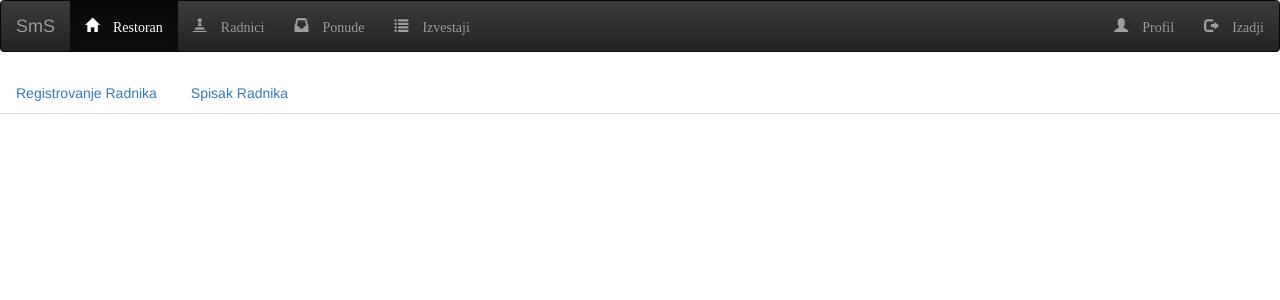
Repository: milanadam94/ISA-2016
Page: jpa-example/src/main/webapp/RestaurantManager/RestaurantManagerWorkers.html
The author's editor kept a copy of each file at every save. The page is drawn from the files as they stood at one save, then again after the next save.
The browser window is 1280 px wide. The pictures show the whole page.
Some web libraries are served in a nearby version.

Above is the page before, as saved 2017-03-01 08:40:47.

### jpa-example/src/main/webapp/RestaurantManager/RestaurantManagerWorkers.html
<!DOCTYPE html>
<html>
<head>
<meta charset="ISO-8859-1">
<title>Menadzer Restorana</title>

<!-- JQUERY -->
<script src="https://code.jquery.com/jquery-3.1.1.js" integrity="sha256-16cdPddA6VdVInumRGo6IbivbERE8p7CQR3HzTBuELA=" crossorigin="anonymous"></script>

<!-- BOOTSTRAP CSS -->
<link rel="stylesheet" href="https://maxcdn.bootstrapcdn.com/bootstrap/3.3.7/css/bootstrap.min.css" integrity="sha384-BVYiiSIFeK1dGmJRAkycuHAHRg32OmUcww7on3RYdg4Va+PmSTsz/K68vbdEjh4u" crossorigin="anonymous">

<!-- BOOTSTRAP THEME -->
<link rel="stylesheet" href="https://maxcdn.bootstrapcdn.com/bootstrap/3.3.7/css/bootstrap-theme.min.css" integrity="sha384-rHyoN1iRsVXV4nD0JutlnGaslCJuC7uwjduW9SVrLvRYooPp2bWYgmgJQIXwl/Sp" crossorigin="anonymous">

<!-- BOOTSTRAP JS -->
<script src="https://maxcdn.bootstrapcdn.com/bootstrap/3.3.7/js/bootstrap.min.js" integrity="sha384-Tc5IQib027qvyjSMfHjOMaLkfuWVxZxUPnCJA7l2mCWNIpG9mGCD8wGNIcPD7Txa" crossorigin="anonymous"></script>

<!-- ANGULAR JS -->
<script src="https://ajax.googleapis.com/ajax/libs/angularjs/1.6.1/angular.js"></script>

<script src="/JQuery-cookie-plugin/jquery.cookie.js"></script>

<!-- TOASTR -->
<!-- <script src="https://cdnjs.cloudflare.com/ajax/libs/toastr.js/latest/css/toastr.css"></script> -->

</head>
<body ng-app="restManager" ng-controller="restManagerWorkersController">

	<nav id="myNavbar" class="navbar navbar-inverse">
		<div class="container-fluid">
			<div class="navbar-header">
				<a class="navbar-brand">SmS</a>
			</div>
		<ul class="nav navbar-nav">
			<li class="active"><a href="RestaurantManager.html" ng-click="getRestaurant()"><span class="glyphicon glyphicon-home"> Restoran </span></a></li>
			<li><a href="RestaurantManagerWorkers.html"><span class="glyphicon glyphicon-pawn"> Radnici</span></a></li>
			<li><a href="RestaurantManagerOfferers.html"><span class="glyphicon glyphicon-inbox"> Ponude </span></a></li>
			<li><a href="RestourantManagerReport.html"><span class="glyphicon glyphicon-list"> Izvestaji </span></a></li>
		</ul>
		<ul class="nav navbar-nav navbar-right">
			<li><a href="#"><span class="glyphicon glyphicon-user"> Profil</span> </a>
			<li><a href="#"><span class="glyphicon glyphicon-log-out"> Izadji </span> </a>
		</ul>

		</div>
	</nav>


	<div>
		<div class="form-group">
			<ul class="nav nav-tabs">
				<li><a ng-click="registracija()">Registrovanje Radnika</a>
				<li><a ng-click="slisakRadnika()">Spisak Radnika</a>
			</ul>
		</div>


		<!--  REGISTRACIJA  -->
		<!--  ====================================================== -->
		<div ng-show="registrovanjeShow">
			<br/><br/><br/>
			<form class="form-horizontal">
  			<div class="form-group">
    			<label class="control-label col-sm-2" for="email">Email:</label>
    			<div class="col-sm-10">
      				<input type="email" class="form-control" id="email" ng-model="newWorker.email" placeholder="Unesite email">
    			</div>
  			</div>
  			<div class="form-group">
    			<label class="control-label col-sm-2" for="pwd">Lozinka:</label>
    			<div class="col-sm-10">
      				<input type="password" class="form-control" id="pwd" ng-model="newWorker.password" placeholder="Unesite lozinku">
    			</div>
  			</div>
  			<div class="form-group">
    			<label class="control-label col-sm-2" for="pwd2">Potvrda lozinke:</label>
    			<div class="col-sm-10">
      				<input type="password" class="form-control" id="pwd2" ng-model="passwordConfirm" placeholder="Potvrdite lozinku">
    			</div>
  			</div>
  			<div class="form-group">
    			<label class="control-label col-sm-2" for="ime">Ime:</label>
    			<div class="col-sm-10">
      				<input type="text" class="form-control" id="ime" ng-model="newWorker.name" placeholder="Unesite ime">
    			</div>
  			</div>
  			<div class="form-group">
    			<label class="control-label col-sm-2" for="prezime">Prezime:</label>
    			<div class="col-sm-10">
      				<input type="text" class="form-control" id="prezime" ng-model="newWorker.lastName" placeholder="Unesite prezime">
    			</div>
  			</div>
  			<div class="form-group">
  				<label class="control-label col-sm-2" for="tip">Radno mesto:</label>
  				<div class="col-sm-10">
						<select class="form-control" id="tip" ng-model="newWorker.userType" title="restaurant.category">
						<option>BARTENDER</option>
						<option>COOK</option>
						<option>WAITER</option>
						</select>
				</div>
  			</div>

  			<div class="form-group" ng-if="newWorker.userType == 'COOK'">
  				<label class="control-label col-sm-2" for="tip">Tip: </label>
  				<div class="col-sm-10" >
						<select class="form-control" id="tip" ng-model="$parent.cookType" >
						<option>SALAD</option>
						<option>FRIEDMEAL</option>
						<option>COOKEDMEAL</option>
						</select>
				</div>
  			</div>


  			<div class="form-group text-danger" ng-if="error">{{ errorMessage }}</div>
  			<div class="form-group">
    			<div class="col-sm-offset-2 col-sm-10">
      				<button type="submit" class="btn btn-primary" ng-click="registerWorker()">Registracija</button>
    			</div>
  			</div>
  			</form>

		</div>


		<!--  SPISAK RADNIKA SHOW -->
		<!--  =========================== -->

		<div ng-show="spisakRadnikaShow">
			<p1>Kuvari:</p1><br/>
			<table class="table">
				<tr bgcolor="lightgrey">
					<th>Ime</th>
					<th>Prezime</th>
					<th>Email</th>
					<th>Raspored Rada</th>
				</tr>
				<tr ng-repeat="i in cooks | orderBy:'name'">
					<td>{{i.user.name}}</td>
				 	<td>{{i.user.lastName}}</td>
					<td>{{i.user.email}}</td>
					<td><button type="submit" class="btn btn-info" ng-click="checkSchedule( i.user.id )">Pregled</button></td>
				</tr>
			</table>

			<p1>Konobari:</p1><br/>
			<table class="table">
				<tr bgcolor="lightgrey">
					<th>Ime</th>
					<th>Prezime</th>
					<th>Email</th>
					<th>Raspored Rada</th>
				</tr>
				<tr ng-repeat="i in waiters | orderBy:'name'">
					<td>{{i.user.name}}</td>
				 	<td>{{i.user.lastName}}</td>
					<td>{{i.user.email}}</td>
					<td><button type="submit" class="btn btn-info" ng-click="checkSchedule( i.user.id )">Pregled</button></td>
				</tr>
			</table>

			<p1>Sankeri:</p1><br/>
			<table class="table">
				<tr bgcolor="lightgrey">
					<th>Ime</th>
					<th>Prezime</th>
					<th>Email</th>
					<th>Raspored Rada</th>
				</tr>
				<tr ng-repeat="i in bartenders | orderBy:'name'">
					<td>{{i.user.name}}</td>
				 	<td>{{i.user.lastName}}</td>
					<td>{{i.user.email}}</td>
					<td><button type="submit" class="btn btn-info" ng-click="checkSchedule( i.user.id )">Pregled</button></td>
				</tr>
			</table>
		</div>


		<!--  PERIODICNI NIVO -->
		<!--  ================================ -->
		<div ng-show="pregledRaspored">

			<label>{{fullWorker.name}} {{fullWorker.lastName}} ({{fullWorker.email}}) </label>
			<table class="table">
				<tr bgcolor="lightgrey">
					<th>Pocetak</th>
					<th>Kraj</th>
					<th>Smena</th>
					<th ng-if="fullWorker.userType == 'WAITER'">Segment</th>
					<th>Status</th>
				</tr>
				<tr ng-repeat="i in allMySegments | orderBy:'startDate' : true">

					<td> {{ i.startDate | date: 'yyyy/MM/dd' }} </td>
				 	<td> {{ i.endDate | date: 'yyyy/MM/dd' }} </td>
					<td> {{ i.shift }} </td>
					<td ng-if="fullWorker.userType == 'WAITER'"> {{ $parent.i.segment.name }}</td>
					<td ng-if="i.endDate < today"> <font color="red">ISTEKAO</font></td>
					<td ng-if="i.endDate > today && i.startDate <= today"> <font color="green">U TOKU</font></td>
					<td ng-if="i.endDate > today && i.startDate > today"> <font color="yellow">USKORO</font></td>
				</tr>
			</table>




			<!--  DODAVANJE NOVOG  -->

			<form class="form-horizontal">
				<div class="form-group">
				<label class="control-label col-sm-2" >Pocetak: </label> <div class="col-sm-5"> <input type="date"  class="form-control" ng-model="newSchedule.startDate" > </input></div><br/><br/>

				<label class="control-label col-sm-2" >Kraj: </label> <div class="col-sm-5"><input type="date" class="form-control" ng-model="newSchedule.endDate"> </input>  </div><br/><br/>

				<label  class="control-label col-sm-2" >Smena:</label>
					 <div class="col-sm-5">
						<select class="form-control" ng-model="shiftType" >
						<option>FIRST</option>
						<option>SECOUND</option>
						<option>THRID</option>
						</select>
					</div>
				<br/><br/>


				<div ng-if="fullWorker.userType == 'WAITER'">
				<label  class="control-label col-sm-2" >Region:</label>
					<div class="col-sm-5">
					<select class="form-group" ng-model="$parent.newSegment">
						<option ng-repeat="i in segments" value="{{i.id}}">{{i.name}}</option>
					</select>
					</div>
				</div>
				 <br/><br/>
				<div class="form-group">
				<div class="col-sm-offset-2 col-sm-10">
					<button type="submit" class="btn btn-success" ng-click="addSchedule()">Dodaj Raspored</button>
					</div>
				</div>
				</div>
			</form>

		</div>




	</div>

</body>


<!-- ANGULAR SCRIPT -->
<script src="RestaurantManagerWorkers.js"></script>

</html>

### jpa-example/src/main/webapp/RestaurantManager/RestaurantManagerWorkers.js
angular.element(document).ready(function () {
    console.log('page loading completed');
});
var restManager = angular.module('restManager', []).config(['$qProvider', '$httpProvider', function ($qProvider, $httpProvider)  {
    $qProvider.errorOnUnhandledRejections(false);

}]).run(['$rootScope', '$http', '$window', function ($rootScope, $http, $window) {

	//namestiti dole u funckcijama gde treba user.email kada se ovo namesti!
	if (typeof $.cookie('user') !== 'undefined') {
		$scope.user = JSON.parse($.cookie('user'));

		if(user.userType == "GUEST") {
			$window.location.href = "/GuestPage/GuestPage.html";
		}
		// DALJE
	}

}]);




restManager.controller('restManagerWorkersController', [ '$scope', 'registarService', 'workerService', function($scope, registarService, workerService){

	setShows = function(registrovanjeShow, periodicniShow, spisakRadnikaShow, pregledRaspored){
		$scope.registrovanjeShow = registrovanjeShow;
		$scope.periodicniShow = periodicniShow;
		$scope.spisakRadnikaShow = spisakRadnikaShow;
		$scope.pregledRaspored = pregledRaspored;
	}
	setShows(false,false,false,false);

	$scope.error = false;
	$scope.errorMessage = "";

	$scope.cookType = "";
	$scope.today = new Date();


	$scope.registracija = function(){
		setShows(true,false,false,false);
	}

	$scope.periodicniNivo = function(){
		setShows(false,true,false,false);
	}


	$scope.slisakRadnika = function(){
		setShows(false,false,true,false);

		workerService.getCooks().then(
				function(response){
					$scope.cooks = response.data;
				}
		);

		workerService.getBartenders().then(
				function(response){
					$scope.bartenders = response.data;
				}
		);

		workerService.getWaiters().then(
				function(response){
					$scope.waiters = response.data;
				}
		);




	}

	$scope.newWorker = {
			email : "",
			password : "",
			name : "",
			lastName : "",
			userType : ""
	}




	$scope.registerWorker = function(){

		if($scope.newWorker.email == "" ||
				$scope.newWorker.pasword == "" ||
				$scope.newWorker.name == "" ||
				$scope.newWorker.lastName == "" ||
				$scope.newWorker.userType == "" ||
				$scope.newWorker.password != $scope.passwordConfirm ||
				($scope.newWorker.userType == "COOK" && $scope.cookType == "")){

			$scope.error = true;
			$scope.errorMessage = "Neispravan unos!";
			return;
		}
		$scope.error = false;
		registarService.registarWorker($scope.newWorker,$scope.cookType);
	}


	// PREGLED RADA
	$scope.checkSchedule = function(workerID){
		$scope.pregledRaspored = true;
		$scope.spisakRadnikaShow = false;
		$scope.workerID = workerID;

		workerService.getSchedules(workerID).then(

			function(response){
				$scope.myWorkerSchedule = response.data;
			}

		);

		workerService.loadAllSegments().then(
				function(response){
					$scope.segments = response.data;
				}

		);

		registarService.getUser(workerID).then(

				function(response){
					$scope.fullWorker = response.data;

					if($scope.fullWorker.id == ""){
						return;
					}

					workerService.loadAllMySegments($scope.fullWorker.id).then(
							function(response){

								$scope.allMySegments = response.data;

							}

					);

				}

		);



	}

	$scope.newSchedule = {
			startDate: "",
			endDate: ""
	}

	$scope.shiftType = ""
	$scope.newSegment = "";

	$scope.addSchedule = function(){

		if($scope.newSchedule.startDate < new Date() || $scope.newSchedule.startDate == "" ||
				$scope.newSchedule.endDate < new Date() || $scope.newSchedule.endDate == "" ||
				$scope.newSchedule.startDate > $scope.newSchedule.endDate ||
				$scope.shiftType == "" || $scope.workerID == ""){
			alert("Los unos!");
			return;
		}

		if($scope.newSegment == ""){
			$scope.newSegment = 0;
		}

		$scope.newSchedule.startDate = new Date($scope.newSchedule.startDate);
		$scope.newSchedule.endDate = new Date($scope.newSchedule.endDate);



		workerService.addSchedule($scope.newSchedule, $scope.newSegment,$scope.workerID, $scope.shiftType).then(

				function(response){
					if(response.data == "Error free"){
						alert(response.data);
						$scope.newSchedule.startDate = "";
						$scope.newSchedule.endDate = "";
						$scope.newSegment = "";
						$scope.shiftType = "";

						location.reload();
					}else{
						alert(response.data);
					}



				}

		);

	}




}]);





restManager.service('registarService',['$window', '$http', function($window, $http){

	this.registarWorker = function(newWorker, cookType){

		$http({
			  method: 'POST',
			  data : newWorker,
		      url : "../restManager/registarWorker/1/" + cookType //========================================== dodati user email
		}).then(function success(response){
				if(response.data == "Error free"){
					alert("Uspesno registrovan radnik");
					location.reload();
				}else{
					alert(response.data);
				}

			},
				function error(response) {
				  	alert("Error!");
			  }
		);

	}

	this.getUser = function (userID){
		return $http({
			  method: 'GET',
		      url : "../restManager/getUser/" + userID
		})

	}


}]);

restManager.service('workerService',['$window', '$http', function($window, $http){

	this.getCooks = function (){

		return $http({
			  method: 'GET',
		      url : "../restManager/getCooks/1" //========================================== dodati user email
		});

	}

	this.getBartenders = function(){
		return $http({
			  method: 'GET',
		      url : "../restManager/getBartenders/1" //========================================== dodati user email
		});

	}

	this.getWaiters = function(){
		return $http({
			  method: 'GET',
		      url : "../restManager/getWaiters/1" //========================================== dodati user email
		});

	}


	this.getSchedules = function(workerID){

		return $http({
			  method: 'GET',
		      url : "../restManager/getSchedules/" + workerID
		});

	}


	this.loadAllSegments = function(){
		return $http({
			  method: 'GET',
		      url : "../restManager/loadAllSegments/1" //========================================== dodati user Email
		});

	}


	this.addSchedule = function(newSchedule, scheduleSegment, workerID, shiftType){
		console.log(newSchedule)
		return $http({
			  method: 'POST',
			  data: newSchedule,
		      url : "../restManager/addSchedule/"+shiftType+"/"+ workerID + "/" + scheduleSegment
		});
	}


	this.loadAllMySegments = function(workerID){
		return $http({
			  method: 'GET',
		      url : "../restManager/loadAllMySegments/" + workerID
		});
	}

}]);

Loaded but not shown: jpa-example/src/main/webapp/JQuery-cookie-plugin/jquery.cookie.js (library)

After the next save:
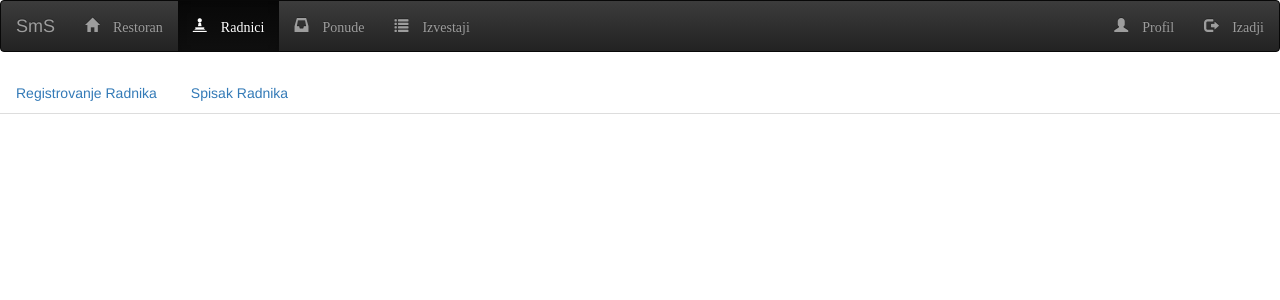
Saved 13 s later.
--- a/jpa-example/src/main/webapp/RestaurantManager/RestaurantManagerWorkers.html
+++ b/jpa-example/src/main/webapp/RestaurantManager/RestaurantManagerWorkers.html
@@ -33,8 +33,8 @@
 				<a class="navbar-brand">SmS</a>
 			</div>
 		<ul class="nav navbar-nav">
-			<li class="active"><a href="RestaurantManager.html" ng-click="getRestaurant()"><span class="glyphicon glyphicon-home"> Restoran </span></a></li>
-			<li><a href="RestaurantManagerWorkers.html"><span class="glyphicon glyphicon-pawn"> Radnici</span></a></li>
+			<li><a href="RestaurantManager.html" ng-click="getRestaurant()"><span class="glyphicon glyphicon-home"> Restoran </span></a></li>
+			<li class="active"><a href="RestaurantManagerWorkers.html"><span class="glyphicon glyphicon-pawn"> Radnici</span></a></li>
 			<li><a href="RestaurantManagerOfferers.html"><span class="glyphicon glyphicon-inbox"> Ponude </span></a></li>
 			<li><a href="RestourantManagerReport.html"><span class="glyphicon glyphicon-list"> Izvestaji </span></a></li>
 		</ul>
